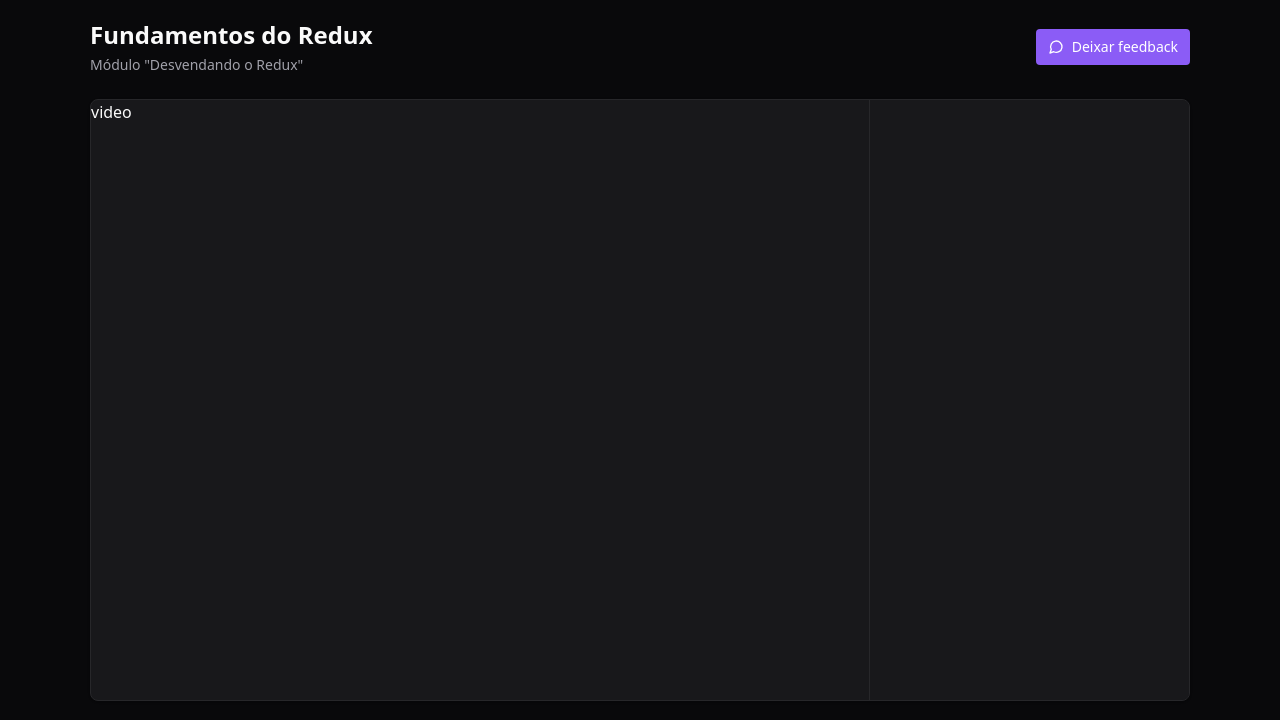
Repository: guilhermecardoso93/react-redux-zustand
Page: /
An editor plug-in stored every save of this project. The page is shown before and after the next save, followed by the edit.
The browser window is 1280 px wide. The pictures show the whole page.
The project was rebuilt for these pictures with package versions that can differ from the ones it lists, and the page was loaded fresh each time. Also part of the build but not shown: vite.config.ts.

Above is the page before, as saved 2023-06-27 20:37:35.

After the next save:
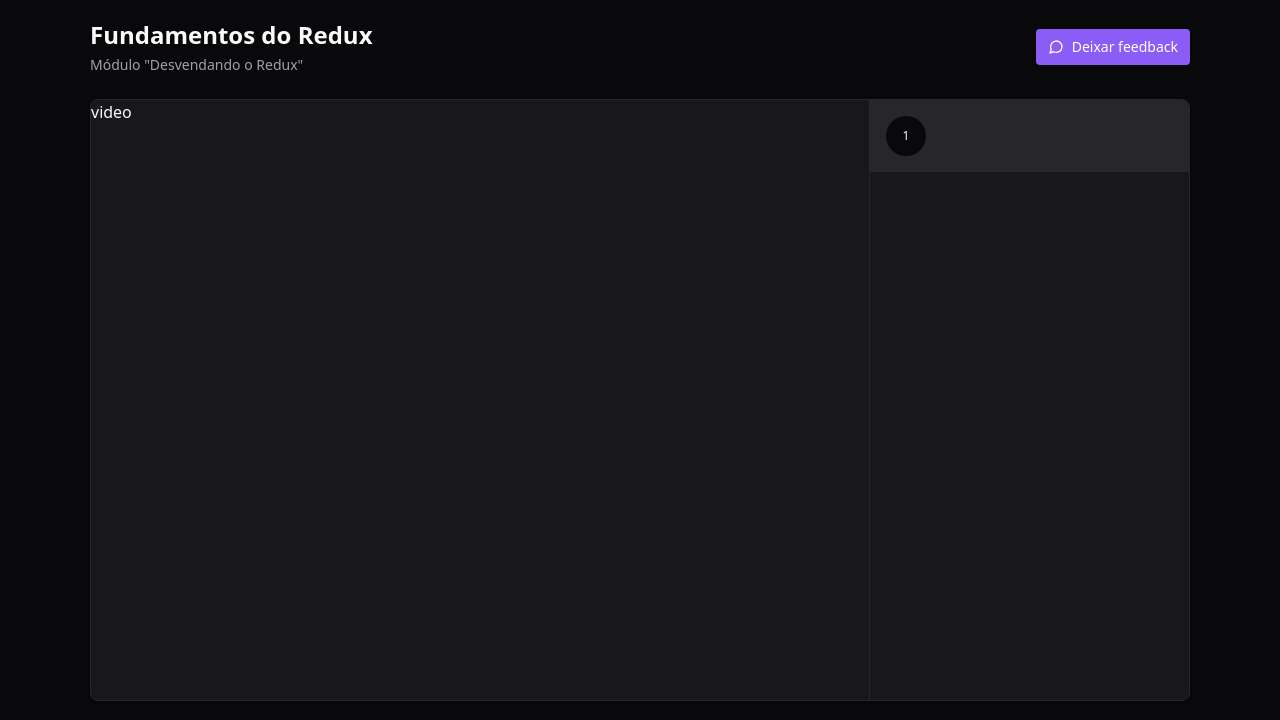
Saved 23 h 19 min later.
--- a/src/pages/Player.tsx
+++ b/src/pages/Player.tsx
@@ -21,7 +21,15 @@
 
         <main className="relative flex overflow-hidden rounded-lg border border-zinc-800 bg-zinc-900 shadow">
           <div className="flex-1">video</div>
-          <aside className="w-80 border-l border-zinc-800 bg-zinc-900 h-[600px]"></aside>
+          <aside className="w-80 border-l border-zinc-800 bg-zinc-900 h-[600px]">
+            <div >
+              <button className="flex w-full items-center bg-zinc-800 p-4">
+                <div className="flex h-10 w-10 rounded-full items-center justify-center bg-zinc-950 text-xs">
+                  1
+                </div>
+              </button>
+            </div>
+          </aside>
         </main>
       </div>
     </div>
